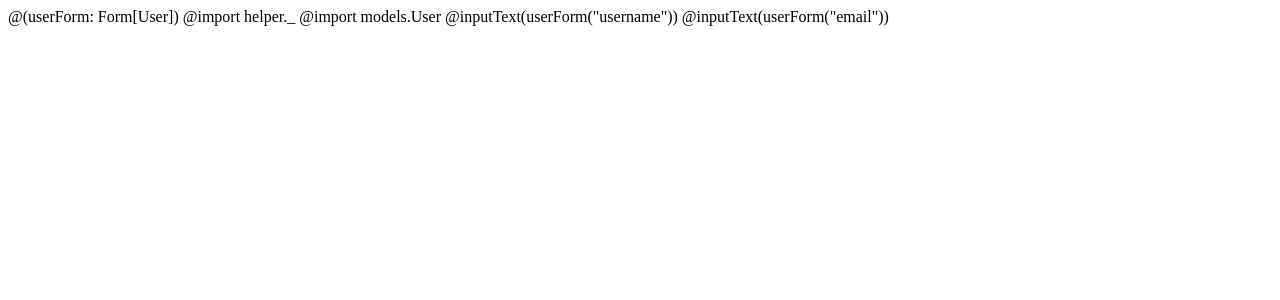
Repository: mlvhub/Learning
Page: Scala/Play!/UserAdmin/app/views/users/formFields.scala.html
An editor plug-in stored every save of this project. The page is shown before and after the next save, followed by the edit.
The browser window is 1280 px wide. The pictures show the whole page.

Above is the page before, as saved 2013-12-31 22:12:01.

### Scala/Play!/UserAdmin/app/views/users/formFields.scala.html
@(userForm: Form[User])

@import helper._
@import models.User

@inputText(userForm("username"))
@inputText(userForm("email"))

After the next save:
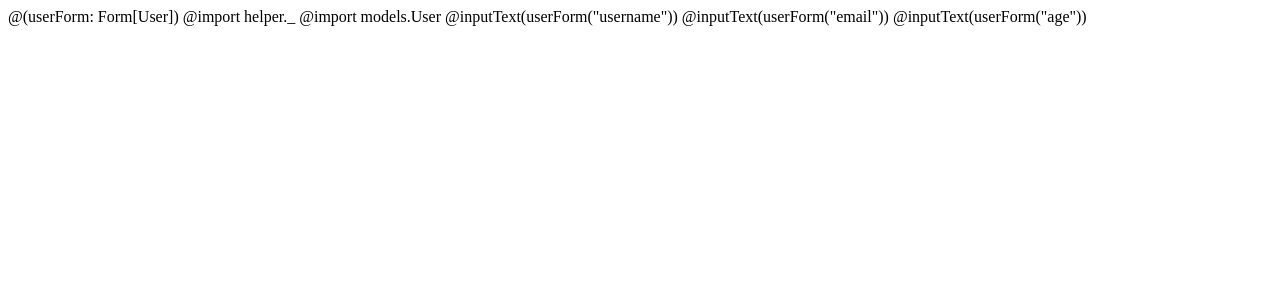
Saved 77 min 19 s later.
--- a/Scala/Play!/UserAdmin/app/views/users/formFields.scala.html
+++ b/Scala/Play!/UserAdmin/app/views/users/formFields.scala.html
@@ -5,3 +5,4 @@
 
 @inputText(userForm("username"))
 @inputText(userForm("email"))
+@inputText(userForm("age"))
